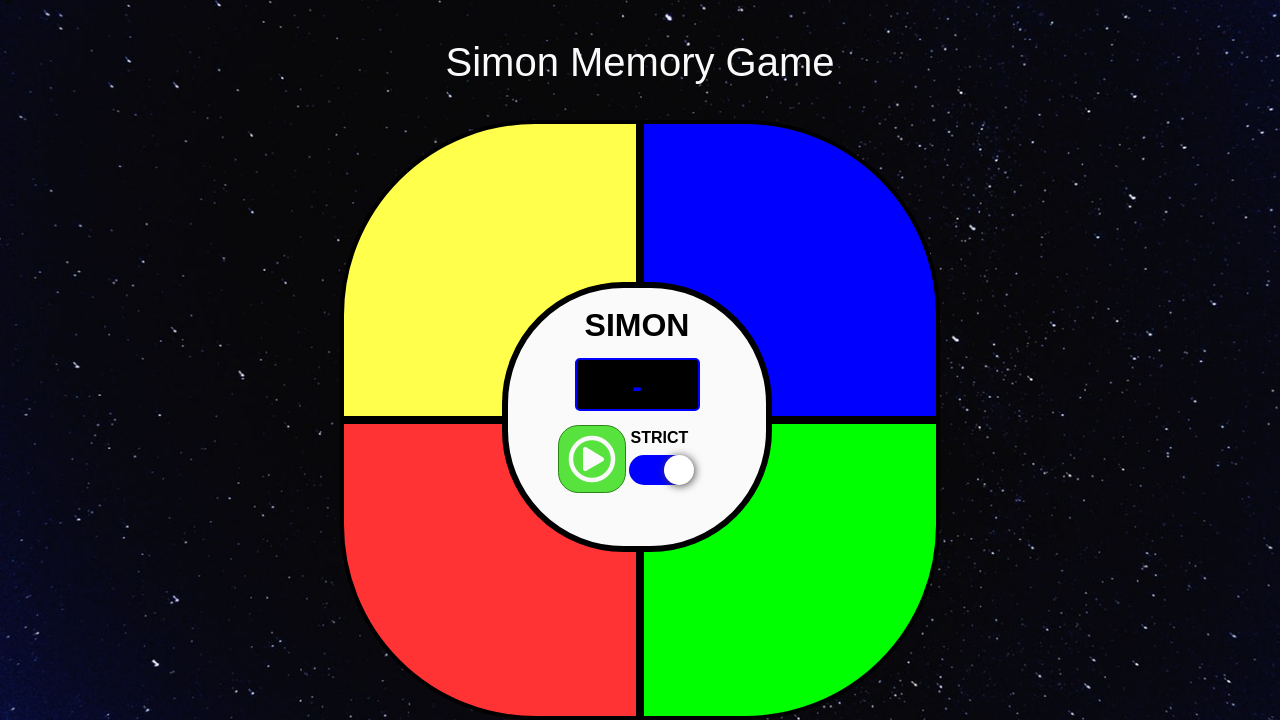
Repository: 5803emma/milestone2-simongame
Page: index.html
The author's editor kept a record of every edit. The page is drawn from the files as they stood at one moment, then again after the next edit.
The browser window is 1280 px wide. The pictures show the whole page.
An inner scrolling area shows only its first screen. Some web libraries are served in a nearby version.

Above is the page before.

After the next edit:
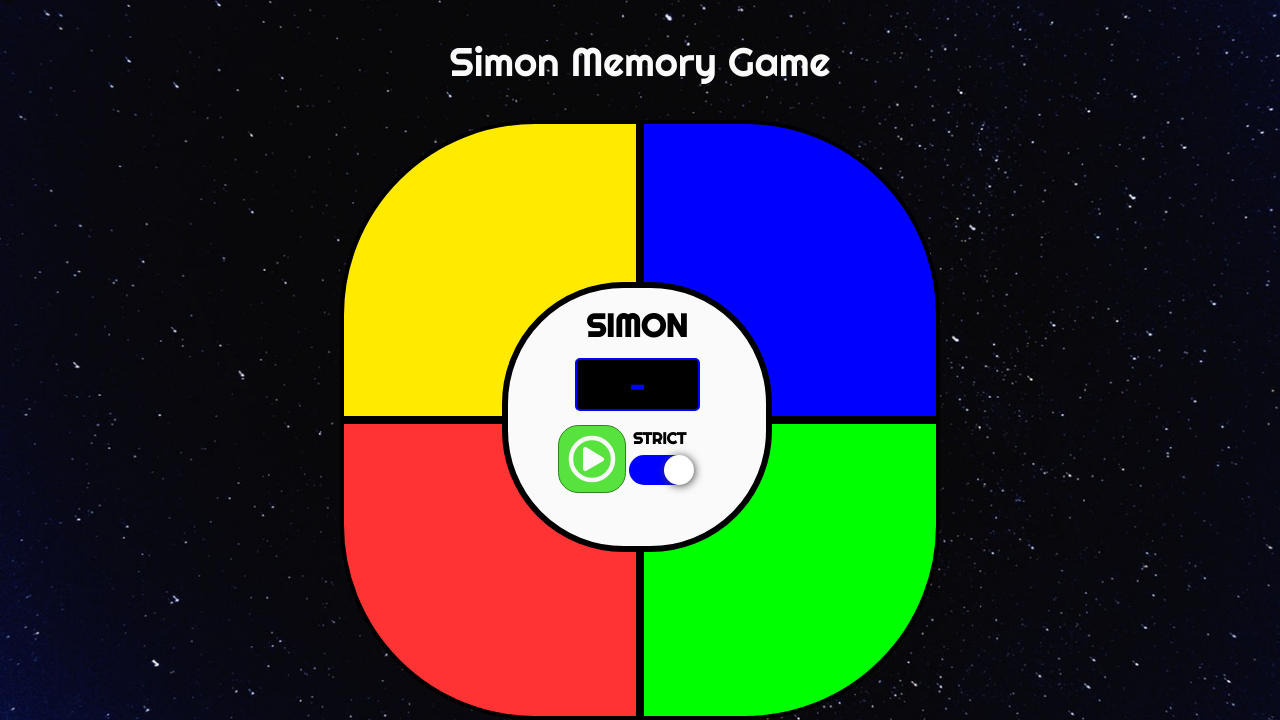
The edit:
--- a/assets/css/style.css
+++ b/assets/css/style.css
@@ -14,7 +14,7 @@
     background: url(../images/background.jpg) no-repeat center center;
     background-size: cover;
     background-color: #000000;
-    font-family: 'Inconsolata', sans-serif;
+    font-family: 'Righteous', sans-serif;
     color: #fafafa;
 }
 
@@ -82,7 +82,7 @@
 }
 
 .yellow-block {
-    background-color: #ffff4c;
+    background-color: #ffea00;
     border-top-left-radius: 65%;
 
 }
@@ -291,7 +291,7 @@
     background-size: cover;
     background-color: #010e18;
     color: #fff;
-    font-family: 'Inconsolata', sans-serif;
+    font-family: 'Righteous', sans-serif;
     top: 3vh;
     width: 90%;
     margin: auto;
@@ -316,7 +316,7 @@
 }
 
 .modal-body-info {
-    font-family: 'Inconsolata', sans-serif;
+    font-family: 'Righteous', sans-serif;
     height: 50vh;
 }
 
